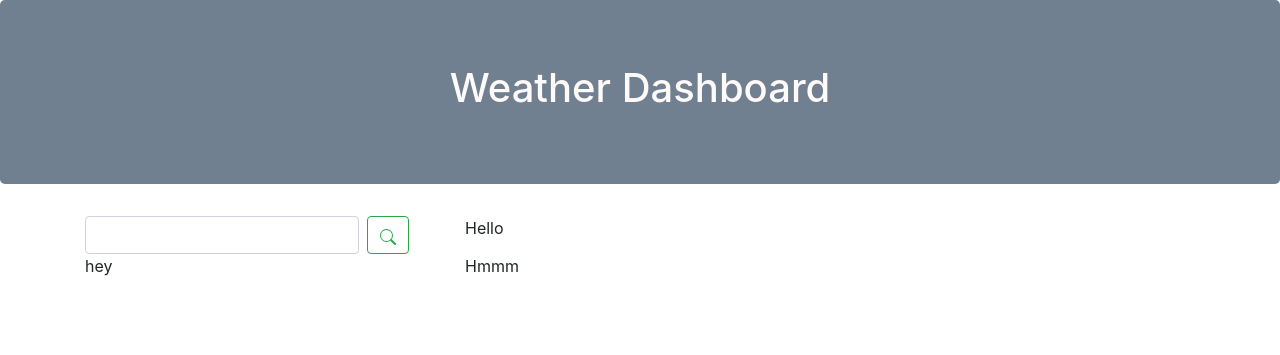
Repository: himaja830/Weather-Dashboard
Page: index.html
The author's editor kept a copy of each file at every save. The page is drawn from the files as they stood at one save, then again after the next save.
The browser window is 1280 px wide. The pictures show the whole page.

Above is the page before, as saved 2020-06-27 11:11:28.

After the next save:
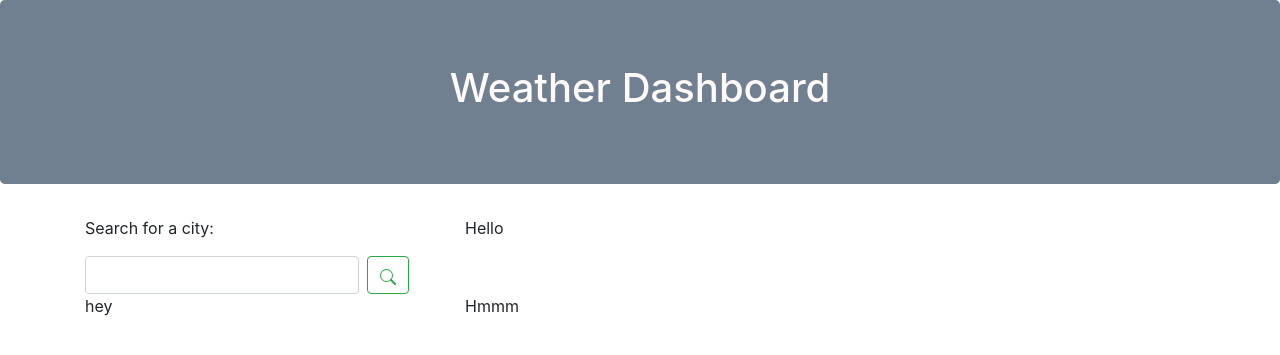
Saved 56 s later.
--- a/index.html
+++ b/index.html
@@ -15,6 +15,7 @@
         <div class="row row-cols-4">
             <div class="col-4">
                 <form class="form-inline">
+                <p>Search for a city:</p>
                 <input class="form-control mr-sm-2" type="search"  aria-label="Search">
                 <button class="btn btn-outline-success my-2 my-sm-0" type="submit">
                     <svg width="1em" height="1em" viewBox="0 0 16 16" class="bi bi-search" fill="currentColor" xmlns="http://www.w3.org/2000/svg">
